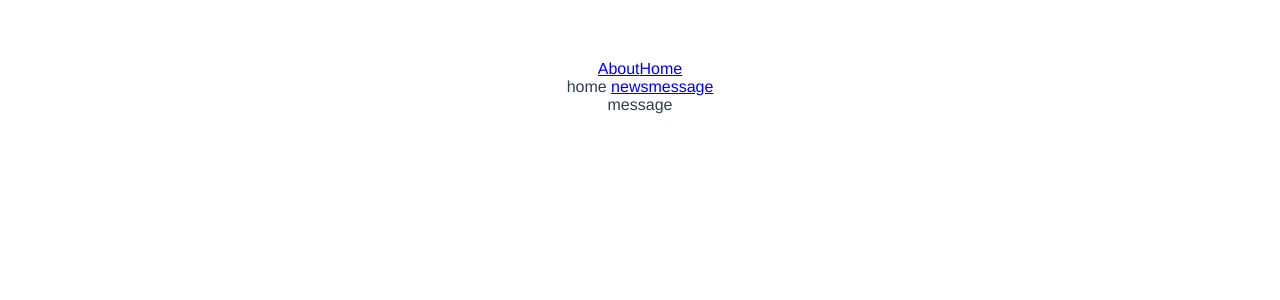
Repository: 319226862/wyy
Page: /#/home/message (app in test/)
These files come from the project's save history. The page is drawn as it stood at one moment and after the next save; the edit follows.
The browser window is 1280 px wide. The pictures show the whole page.
The project was rebuilt for these pictures with package versions that can differ from the ones it lists, and the page was loaded fresh each time. Also part of the build but not shown: test/vue.config.js, test/src/components/Count.vue, test/src/components/Person.vue, test/src/components/About.vue, test/src/components/News.vue.

Above is the page before, as saved 2023-07-06 15:41:04.

### test/src/main.js
import Vue from 'vue'
import App from './App.vue'
// import store from './store'

import VueRouter from 'vue-router'

import router from './router'

Vue.config.productionTip = false
Vue.use(VueRouter)
new Vue({
  render: h => h(App),
  // store,
  router,
  beforeCreate(){
    Vue.prototype.$bus = this
  }
}).$mount('#app')

### test/src/App.vue
<template>
  <div id="container">
    <!-- <Category title="food" :listData="foods"/> -->
    <!-- <Category title="game" :listData="games"/> -->
    <!-- <Category title="film" :listData="films"/> -->
    <!-- <Category title="food">
      <img slot="bottom" src="https://s3.ax1x.com/2021/01/16/srJlq0.jpg" />
      <a slot="footer" href="#">more</a>
    </Category> -->

    <!-- <Category title="games">
      <template scope="data">
        <ul>
          <li v-for="(game,index) in data.games" :key="index">{{ game }}</li>
        </ul>
      </template>
    </Category>

    <Category title="games">
      <template scope="data">
        <ol>
          <li v-for="(game,index) in data.games" :key="index">{{ game }}</li>
        </ol>
      </template>
    </Category>

    <Category title="games">
      <template scope="data">
        <h4>
          <li v-for="(game,index) in data.games" :key="index">{{ game }}</li>
        </h4>
      </template>
    </Category> -->

    <!-- <Category title="films">
      <video slot="bottom" src="http://clips.vorwaerts-gmbh.de/big_buck_bunny.mp4"></video>
      <a slot="footer" href="#">more</a>
    </Category> -->


    <!-- <Count/>
    <hr/>
    <Person/> -->

    <router-link to="/about">About</router-link>
    <router-link to="/home">Home</router-link>

    <router-view></router-view>

  </div>
</template>

<script>
// import axios from 'axios'
// import Category from './components/Category.vue'
import Count from './components/Count.vue';
import Person from './components/Person.vue';
export default {
  name: 'App',
  components: {Count,Person},
  methods:{
  }
}
</script>

<style>
#container {
  font-family: Avenir, Helvetica, Arial, sans-serif;
  -webkit-font-smoothing: antialiased;
  -moz-osx-font-smoothing: grayscale;
  text-align: center;
  color: #2c3e50;
  margin-top: 60px;
}

</style>

### test/src/router/index.js
// 用于创建整个应用的路由器
import VueRouter from 'vue-router'

import About from '../components/About.vue'
import Home from '../components/Home.vue'
import Message from '../components/Message.vue'
import News from '../components/News.vue'
export default new VueRouter({
    routes:[
        {
            path:'/about',
            component:About
        },
        {
            path:'/home',
            component:Home,
            children:[
                {
                    path:'news',
                    component:News
                },
                {
                    path:'message',
                    component:Message
                },
            ]
        },
    ]
});

### test/src/components/Home.vue
<template>
    <div>home
        <router-link to="/home/news">news</router-link>
        <router-link to="/home/message">message</router-link>

        <router-view></router-view>
    </div>
</template>

<script>
export default {
    name: 'Home'
}
</script>

<style>

</style>

### test/src/components/Message.vue
<template>
  <div>message</div>
</template>

<script>
export default {
    name:'Message'
}
</script>

<style>

</style>

Loaded but not shown: test/public/index.html (common file)

After the next save:
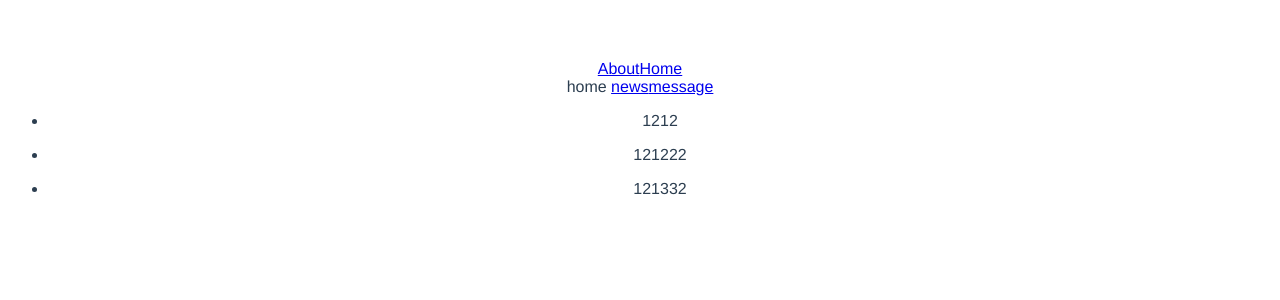
Saved 24 min 28 s later.
--- a/test/src/components/Message.vue
+++ b/test/src/components/Message.vue
@@ -1,10 +1,23 @@
 <template>
-  <div>message</div>
+  <div>
+    <ul v-for="msg in messageList" :key="msg.id">
+        <li>{{ msg.msg }}</li>
+    </ul>
+  </div>
 </template>
 
 <script>
 export default {
-    name:'Message'
+    name:'Message',
+    data(){
+        return{
+            messageList:[
+                {id:'001',msg:'1212'},
+                {id:'002',msg:'121222'},
+                {id:'003',msg:'121332'},
+            ]
+        }
+    }
 }
 </script>
 
